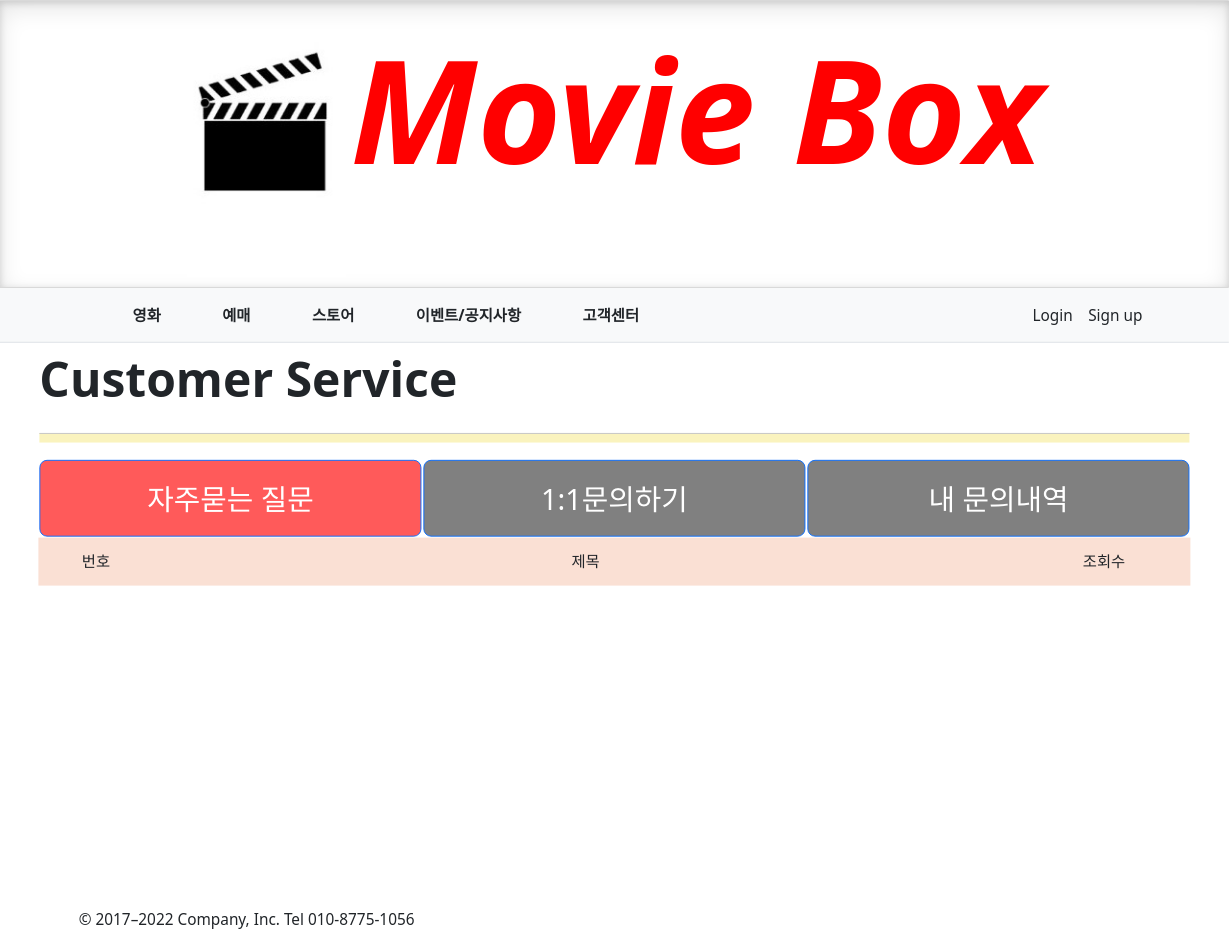
Repository: SpearManCN/MovieBox-2nd-Project-
Page: http://localhost/prj_01/WEB-INF/views/serviceQnA.jsp
The author's editor kept a copy of each file at every save. The page is drawn from the files as they stood at one save, then again after the next save.
The browser window is 1280 px wide. The pictures show the whole page, at 96% of full size.
The page is served by Tomcat 9. Nobody is signed in. The template is opened directly, without the code that normally fills it, so the values that code supplies are empty.

Above is the page before, as saved 2022-12-13 16:02:35.

After the next save:
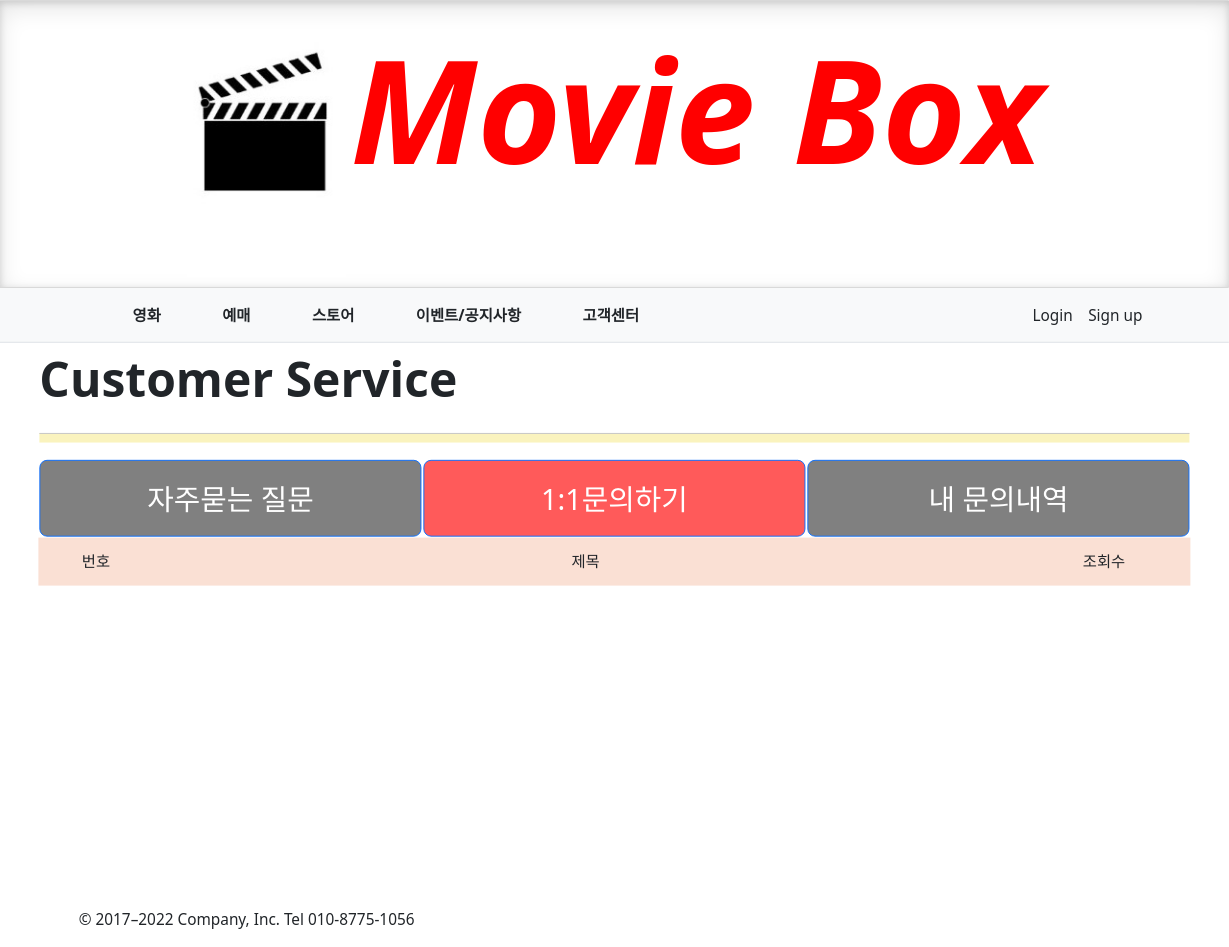
Saved 70 s later.
--- a/Second project/prj_01/src/main/webapp/WEB-INF/views/serviceQnA.jsp
+++ b/Second project/prj_01/src/main/webapp/WEB-INF/views/serviceQnA.jsp
@@ -35,10 +35,10 @@
 
 <table align="center" width="1200px">
 	<tr>
-	<td width="220px"><button onclick="goServiceForm();" type="button" class="btn btn-primary btn-lg" style="width:100%; height:80px; background-color:#FF5A5A;">
+	<td width="220px"><button onclick="goServiceForm();" type="button" class="btn btn-primary btn-lg" style="width:100%; height:80px; background-color:gray;">
 	<span style="font-size:30px; ">자주묻는 질문</span></button></td>
 
-	<td width="220px"><button onclick="goQnA();" type="button" class="btn btn-primary btn-lg" style="width:100%; height:80px; background-color:gray;">
+	<td width="220px"><button onclick="goQnA();" type="button" class="btn btn-primary btn-lg" style="width:100%; height:80px; background-color:#FF5A5A;">
 	<span style="font-size:30px; font-weight:;">1:1문의하기</span></button></td>
 
 	<td width="220px"><button onclick="goQnAList();" type="button" class="btn btn-primary btn-lg" style="width:100%; height:80px; background-color:gray;">
